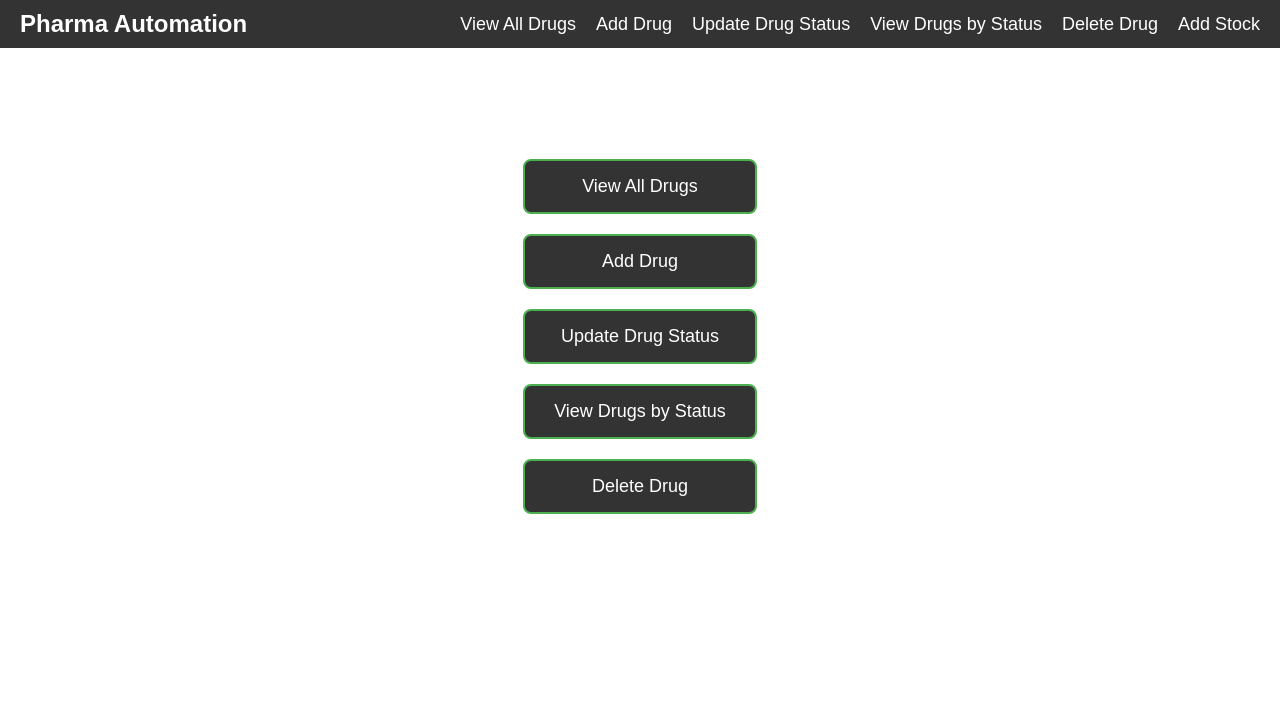
Repository: Clarrieous/Infosys-intern
Page: http://localhost/index
These files come from the project's save history. The page is drawn as it stood at one moment and after the next save; the edit follows.
The browser window is 1280 px wide. The pictures show the whole page.
The page is this project's Thymeleaf template; nobody is signed in. The template is opened directly, without the code that normally fills it, so the values that code supplies are empty.

Above is the page before, as saved 2024-12-08 12:18:12.

### ClientService/src/main/resources/templates/index.html
<!DOCTYPE html>
<html xmlns:th="http://www.thymeleaf.org">
<head>
    <meta charset="UTF-8">
    <meta name="viewport" content="width=device-width, initial-scale=1.0">
    <title>Pharma Automation System</title>
    <style>

        body {


            font-family: Arial, sans-serif;
            margin: 0;
            padding: 0;
            color: #fff;
        }


        .navbar {
            display: flex;
            justify-content: space-between;
            align-items: center;
            padding: 10px 20px;
            background-color: rgba(0, 0, 0, 0.8);
            color: white;
        }

        .navbar h1 {
            margin: 0;
            font-size: 24px;
        }

        .navbar ul {
            list-style-type: none;
            margin: 0;
            padding: 0;
            display: flex;
        }

        .navbar ul li {
            margin-left: 20px;
        }

        .navbar ul li a {
            color: white;
            text-decoration: none;
            font-size: 18px;
            transition: color 0.3s;
        }

        .navbar ul li a:hover {
            color: #4CAF50;
        }


        .button-list {
            display: flex;
            flex-direction: column;
            align-items: center;
            justify-content: center;
            height: 80vh;
        }

        .button-list a {
            display: block;
            width: 200px;
            text-align: center;
            padding: 15px;
            margin: 10px 0;
            font-size: 18px;
            color: #fff;
            background-color: rgba(0, 0, 0, 0.8);
            text-decoration: none;
            border: 2px solid #4CAF50;
            border-radius: 8px;
            transition: all 0.3s;
        }

        .button-list a:hover {
            background-color: #4CAF50;
            color: white;
        }
    </style>
</head>
<body>

    <div class="navbar">
        <h1>Pharma Automation</h1>
        <ul>
            <li><a th:href="@{/viewAllDrugs}">View All Drugs</a></li>
            <li><a th:href="@{/addDrug}">Add Drug</a></li>
            <li><a th:href="@{/updateStatus}">Update Drug Status</a></li>
            <li><a th:href="@{/viewDrugStatus}">View Drugs by Status</a></li>
            <li><a th:href="@{/deleteDrug}">Delete Drug</a></li>
			<li><a th:href="@{/addStock}">Add Stock</a></li>
        </ul>
    </div>


    <div class="button-list">
        <a th:href="@{/viewAllDrugs}">View All Drugs</a>
        <a th:href="@{/addDrug}">Add Drug</a>
        <a th:href="@{/updateStatus}">Update Drug Status</a>
        <a th:href="@{/viewDrugStatus}">View Drugs by Status</a>
        <a th:href="@{/deleteDrug}">Delete Drug</a>

    </div>
</body>
</html>

After the next save:
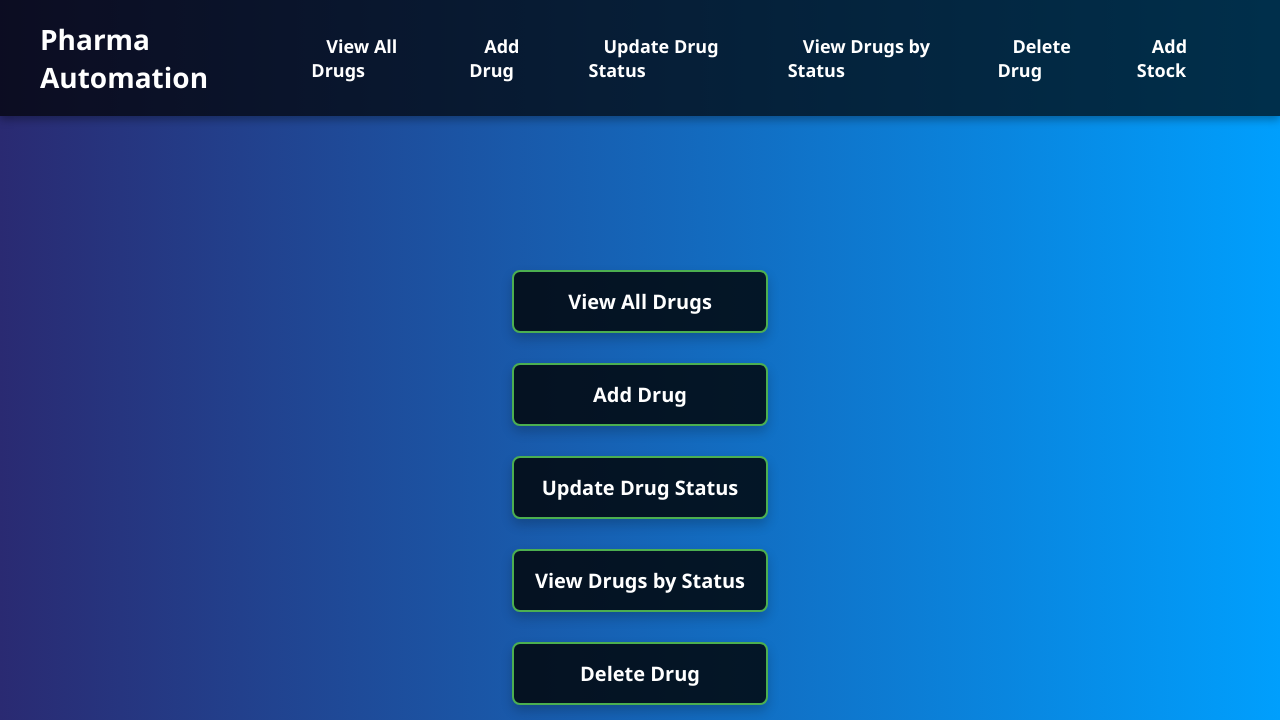
Saved 94 s later.
--- a/ClientService/src/main/resources/templates/index.html
+++ b/ClientService/src/main/resources/templates/index.html
@@ -5,29 +5,32 @@
     <meta name="viewport" content="width=device-width, initial-scale=1.0">
     <title>Pharma Automation System</title>
     <style>
-
         body {
-
-
-            font-family: Arial, sans-serif;
+            font-family: 'Segoe UI', Tahoma, Geneva, Verdana, sans-serif;
             margin: 0;
             padding: 0;
+            background: linear-gradient(to right, #2a2a72, #009ffd);
             color: #fff;
+            height: 100vh;
+            display: flex;
+            flex-direction: column;
+            justify-content: space-between;
         }
-
 
         .navbar {
             display: flex;
             justify-content: space-between;
             align-items: center;
-            padding: 10px 20px;
-            background-color: rgba(0, 0, 0, 0.8);
-            color: white;
+            padding: 20px 40px;
+            background-color: rgba(0, 0, 0, 0.7);
+            box-shadow: 0 4px 8px rgba(0, 0, 0, 0.3);
         }
 
         .navbar h1 {
             margin: 0;
-            font-size: 24px;
+            font-size: 28px;
+            font-weight: bold;
+            color: #fff;
         }
 
         .navbar ul {
@@ -45,40 +48,64 @@
             color: white;
             text-decoration: none;
             font-size: 18px;
+            font-weight: 600;
             transition: color 0.3s;
+            padding: 10px 15px;
+            border-radius: 4px;
         }
 
         .navbar ul li a:hover {
-            color: #4CAF50;
+            background-color: #4CAF50;
+            color: white;
         }
-
 
         .button-list {
             display: flex;
             flex-direction: column;
+            justify-content: center;
             align-items: center;
-            justify-content: center;
-            height: 80vh;
+            margin-top: 40px;
         }
 
         .button-list a {
             display: block;
-            width: 200px;
+            width: 220px;
             text-align: center;
-            padding: 15px;
-            margin: 10px 0;
-            font-size: 18px;
+            padding: 16px;
+            margin: 15px 0;
+            font-size: 20px;
+            font-weight: bold;
             color: #fff;
             background-color: rgba(0, 0, 0, 0.8);
             text-decoration: none;
             border: 2px solid #4CAF50;
             border-radius: 8px;
-            transition: all 0.3s;
+            transition: all 0.3s ease;
+            box-shadow: 0 6px 12px rgba(0, 0, 0, 0.2);
         }
 
         .button-list a:hover {
             background-color: #4CAF50;
             color: white;
+            transform: translateY(-5px);
+            box-shadow: 0 8px 16px rgba(0, 0, 0, 0.3);
+        }
+
+        @media (max-width: 768px) {
+            .navbar {
+                flex-direction: column;
+                align-items: flex-start;
+            }
+
+            .navbar ul {
+                flex-direction: column;
+            }
+
+            .button-list a {
+                width: 90%;
+                font-size: 18px;
+                padding: 14px;
+            }
         }
     </style>
 </head>
@@ -92,10 +119,9 @@
             <li><a th:href="@{/updateStatus}">Update Drug Status</a></li>
             <li><a th:href="@{/viewDrugStatus}">View Drugs by Status</a></li>
             <li><a th:href="@{/deleteDrug}">Delete Drug</a></li>
-			<li><a th:href="@{/addStock}">Add Stock</a></li>
+            <li><a th:href="@{/addStock}">Add Stock</a></li>
         </ul>
     </div>
-
 
     <div class="button-list">
         <a th:href="@{/viewAllDrugs}">View All Drugs</a>
@@ -103,7 +129,7 @@
         <a th:href="@{/updateStatus}">Update Drug Status</a>
         <a th:href="@{/viewDrugStatus}">View Drugs by Status</a>
         <a th:href="@{/deleteDrug}">Delete Drug</a>
+    </div>
 
-    </div>
 </body>
 </html>
